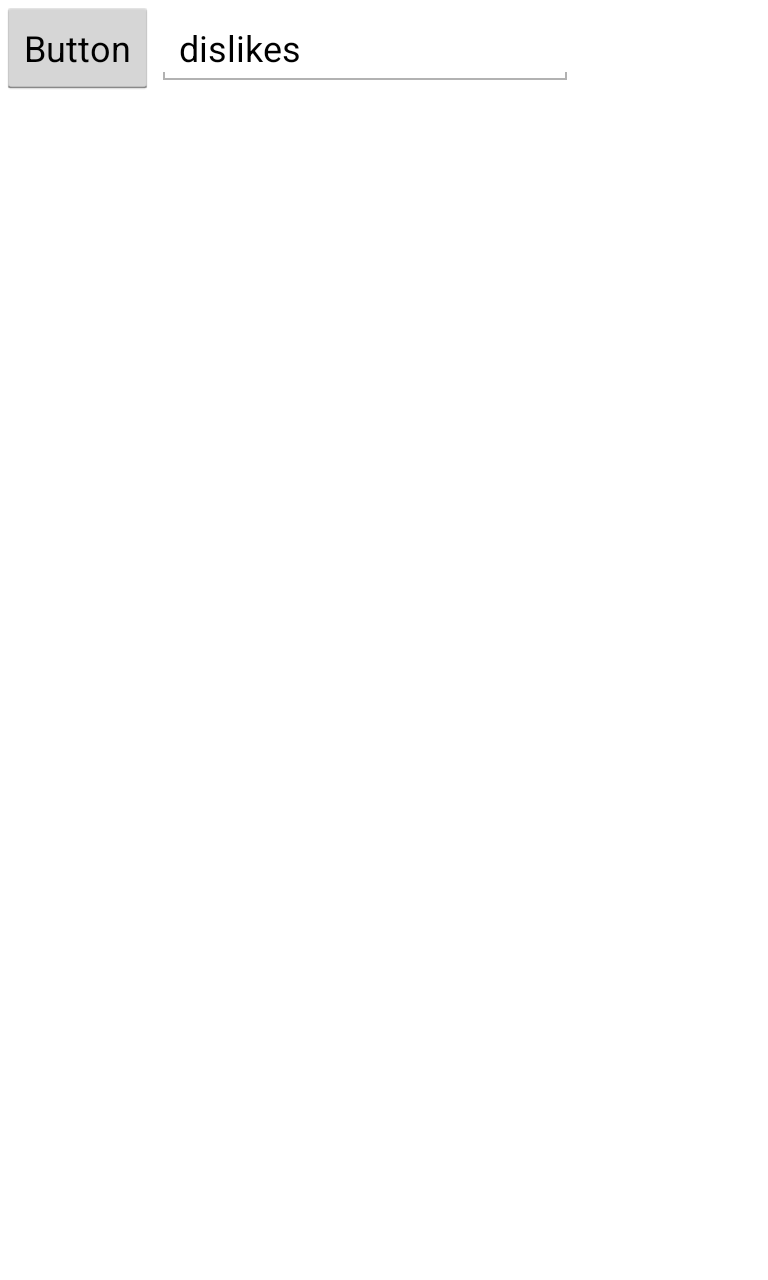
Repository: arthurbryant/android
Layout: Banana/res/layout/activity_main.xml
An editor plug-in stored every save of this project. The layout is shown before and after the next save, followed by the edit.
It is drawn on a 768 x 1280 px phone screen (xhdpi) without system bars, with theme AppTheme; the app's code is not run.

Above is the layout before, as saved 2013-05-11 05:59:17.

After the next save:
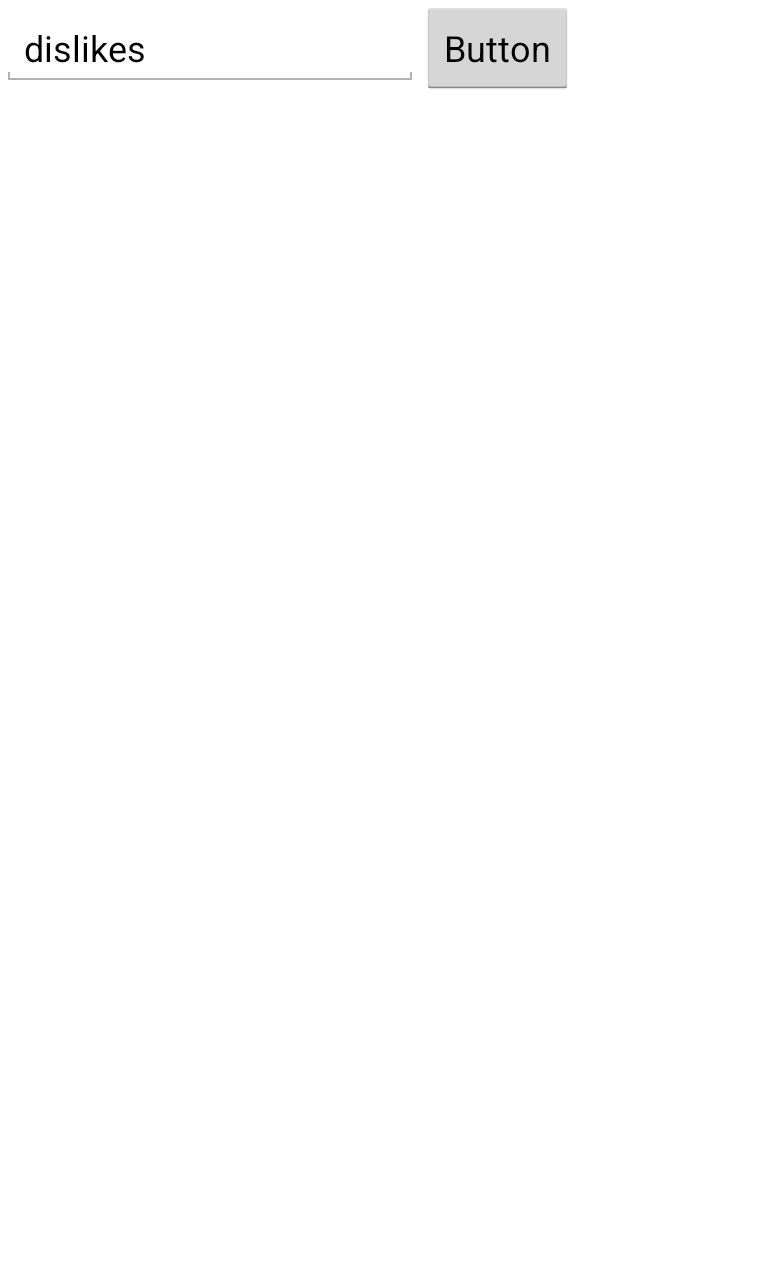
Saved 2 min 42 s later.
--- a/Banana/res/layout/activity_main.xml
+++ b/Banana/res/layout/activity_main.xml
@@ -8,12 +8,8 @@
         android:id="@+id/searchArea"
         android:layout_width="wrap_content"
         android:layout_height="wrap_content"
+        android:layout_gravity="center"
         >
-        <Button
-        android:id="@+id/button1"
-        android:layout_width="wrap_content"
-        android:layout_height="wrap_content"
-        android:text="Button" />
 
     <AutoCompleteTextView
         android:id="@+id/autoCompleteTextView1"
@@ -21,6 +17,11 @@
         android:layout_height="wrap_content"
         android:ems="10"
         android:text="@string/dislikes" />
+    <Button
+        android:id="@+id/button1"
+        android:layout_width="wrap_content"
+        android:layout_height="wrap_content"
+        android:text="Button" />
     </LinearLayout>
 
 
